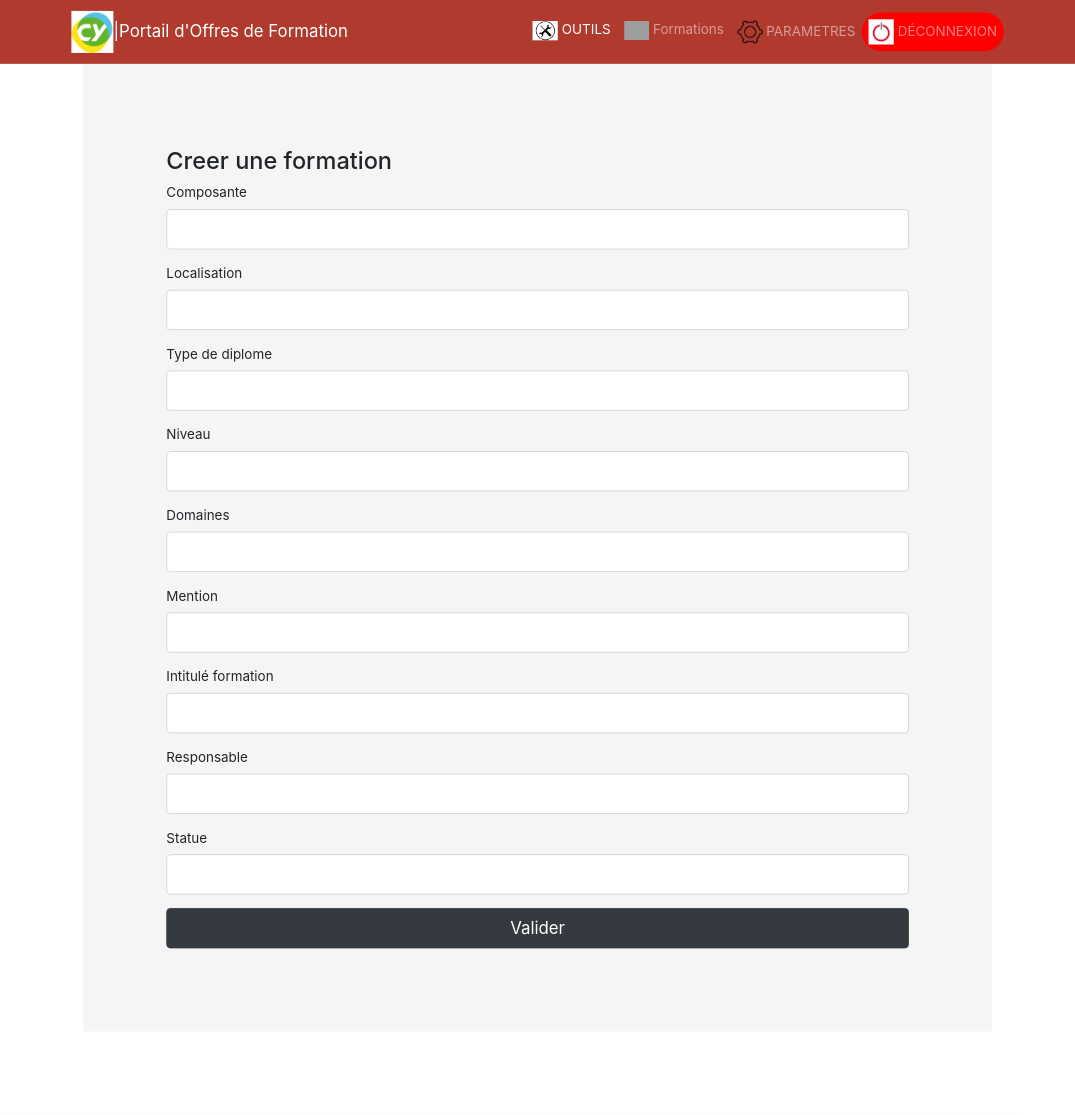
Repository: BaldeThierno1990/Projet-1-formation-tableau-generique-vue-export
Page: / (app in mcc/)
The author's editor kept a copy of each file at every save. The page is drawn from the files as they stood at one save, then again after a run of saves.
The browser window is 1280 px wide. The pictures show the whole page, at 84% of full size.
Pictures or frames that could not be fetched are drawn as grey boxes. The project was rebuilt for these pictures with package versions that can differ from the ones it lists, and the page was loaded fresh each time.

Above is the page before, as saved 2021-03-29 11:55:41.

After the next 2 saves:
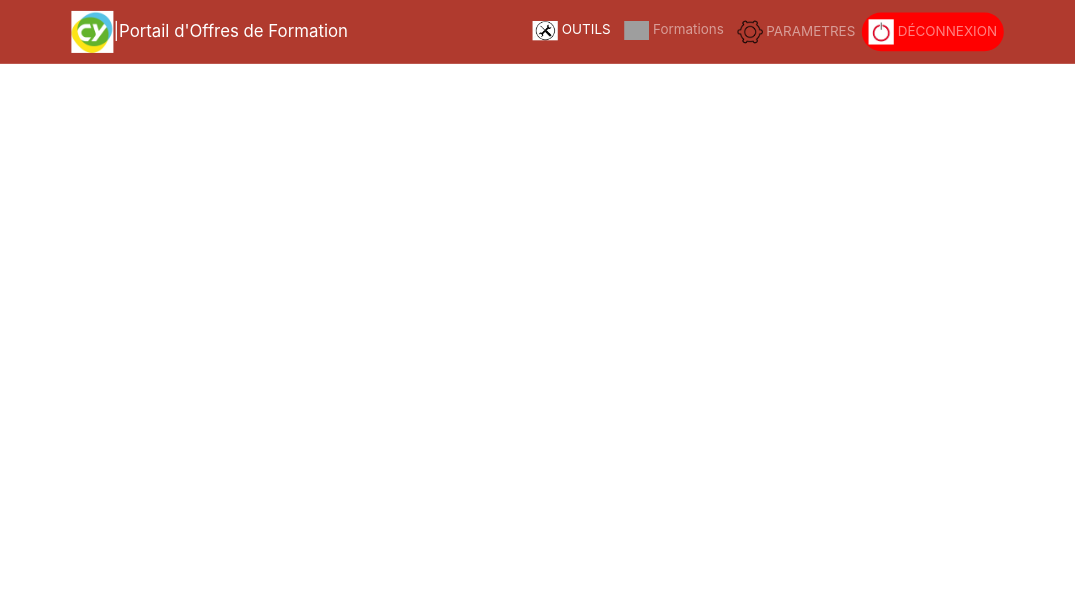
The 2 saves are shown as one change because 1 did not build or start.
The last was saved 3 min 10 s later.
--- a/mcc/src/components/tableau/Creat-form.vue
+++ b/mcc/src/components/tableau/Creat-form.vue
@@ -1,6 +1,16 @@
 <template>
+
+
+
     <div class="form">
-        <form>
+        <form id="app" @submit="checkForm" action="/something" method="post">
+
+  <p v-if="errors.length">
+    <b>Please correct the following error(s):</b>
+    <ul>
+      <li v-bind="error in errors">{{ error }}</li>
+    </ul>
+  </p>
             <h3>Creer une formation</h3>
 
             <div class="form-group">

After the save that followed:
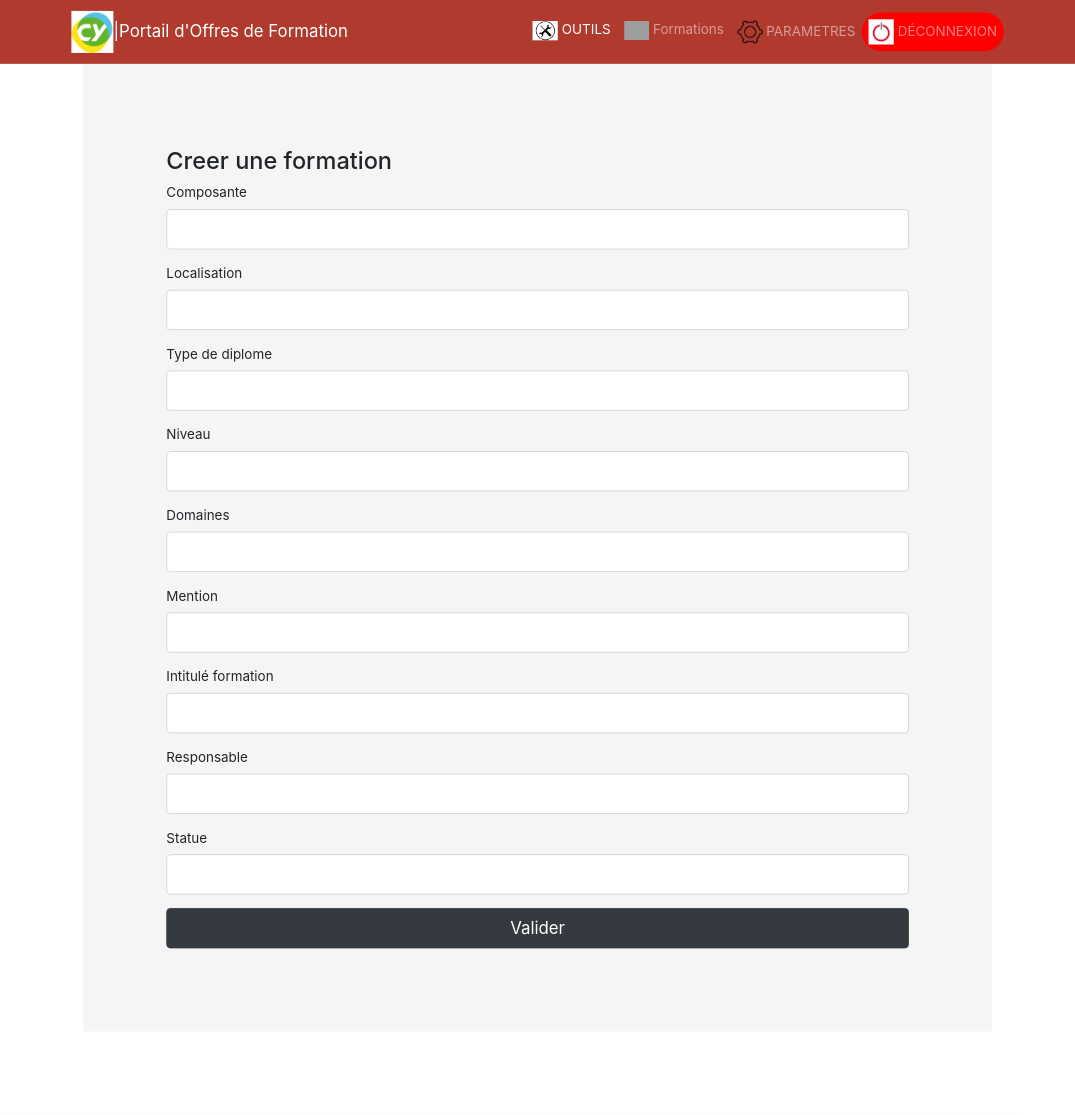
Saved 72 s later.
--- a/mcc/src/components/tableau/Creat-form.vue
+++ b/mcc/src/components/tableau/Creat-form.vue
@@ -3,14 +3,7 @@
 
 
     <div class="form">
-        <form id="app" @submit="checkForm" action="/something" method="post">
-
-  <p v-if="errors.length">
-    <b>Please correct the following error(s):</b>
-    <ul>
-      <li v-bind="error in errors">{{ error }}</li>
-    </ul>
-  </p>
+       <form method="POST" action="/formation">
             <h3>Creer une formation</h3>
 
             <div class="form-group">
